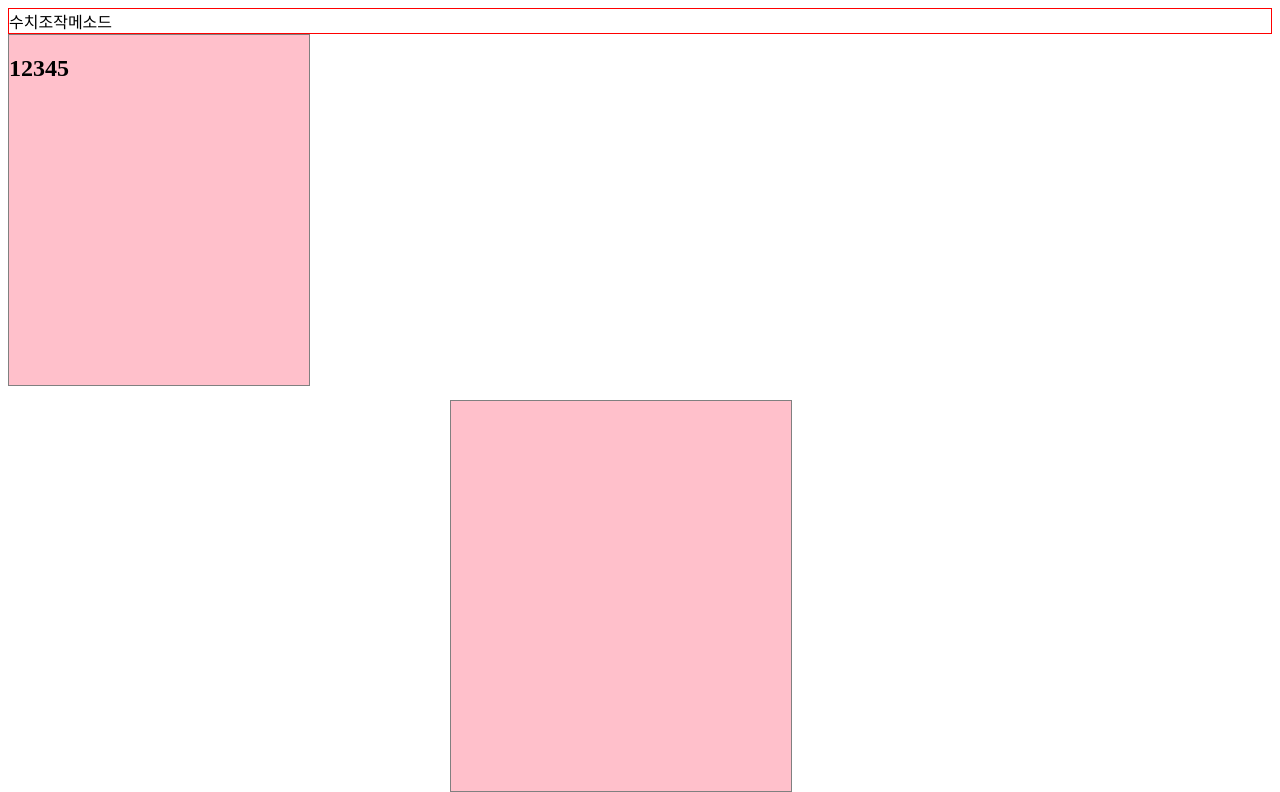
Repository: KangSuA/JSP
Page: webApp/src/main/webapp/jquery/jq08_object.html
An editor plug-in stored every save of this project. The page is shown before and after the next save, followed by the edit.
The browser window is 1280 px wide. The pictures show the whole page.

Above is the page before, as saved 2023-02-14 08:34:29.

After the next save:
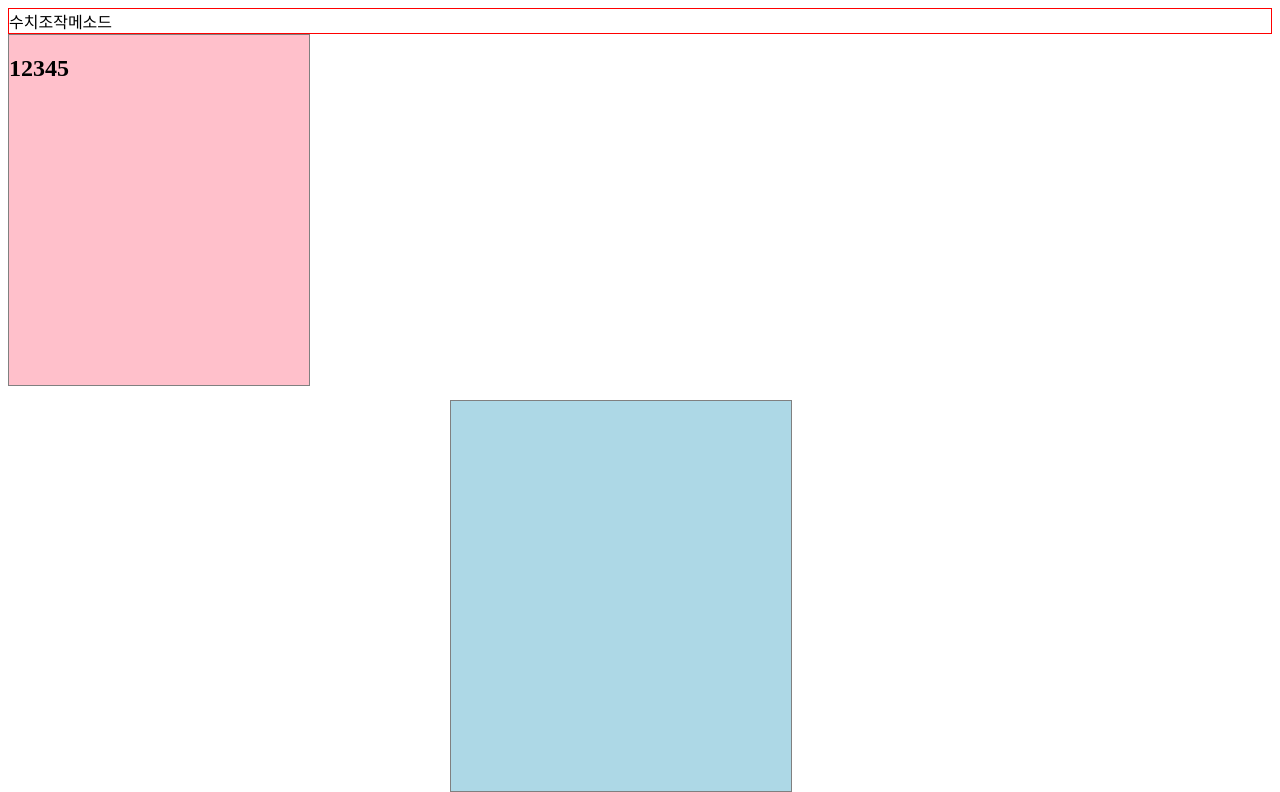
Saved 94 s later.
--- a/webApp/src/main/webapp/jquery/jq08_object.html
+++ b/webApp/src/main/webapp/jquery/jq08_object.html
@@ -10,7 +10,7 @@
 		$('div:gt(0)').css('width','300px').css('height','350px')
 		.css('background-color','pink').css('border','1px solid gray');
 		$('div:nth-child(3)').css('position','absolute').css('left','400px')
-		.css('top','350px').css('margin','50px').css('padding','20px').css('right','100px');
+		.css('top','350px').css('margin','50px').css('padding','20px').css('background-color','lightblue');
 	})
 </script>
 </head>
